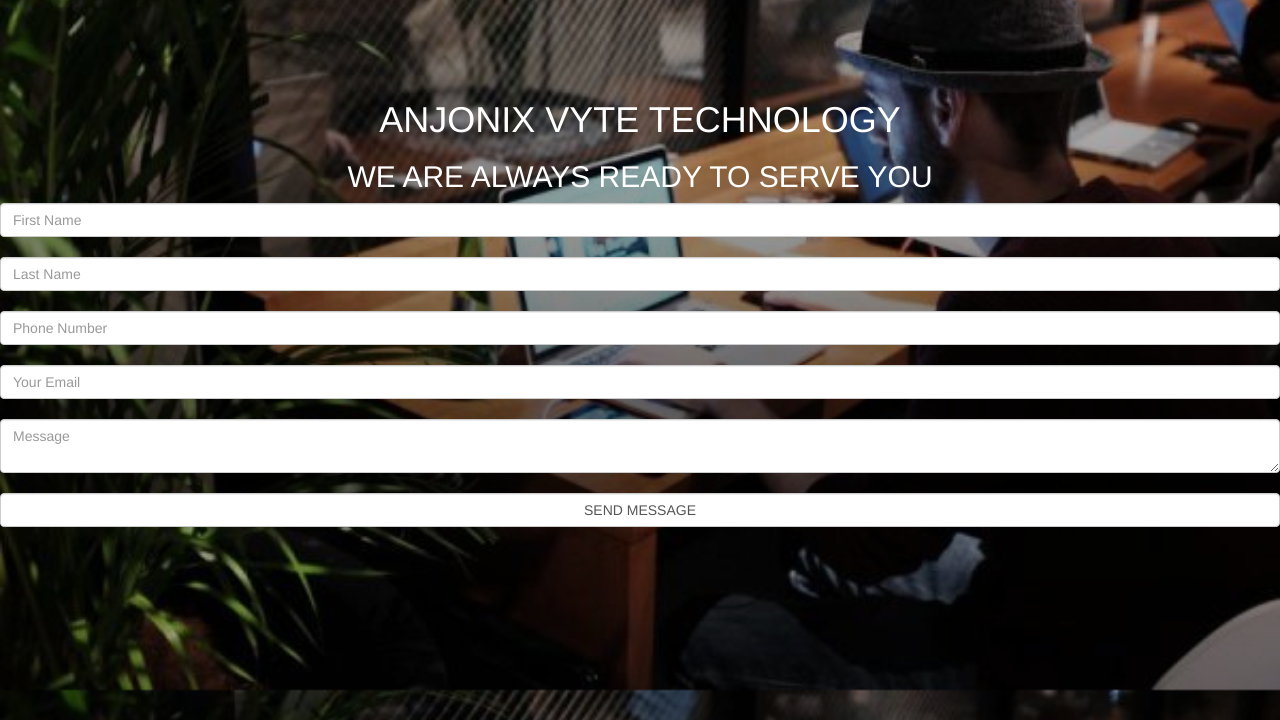
Repository: anjonix/Responsive-Website
Page: contact-form.html
The author's editor kept a copy of each file at every save. The page is drawn from the files as they stood at one save, then again after the next save.
The browser window is 1280 px wide. The pictures show the whole page.

Above is the page before, as saved 2019-07-09 14:53:46.

After the next save:
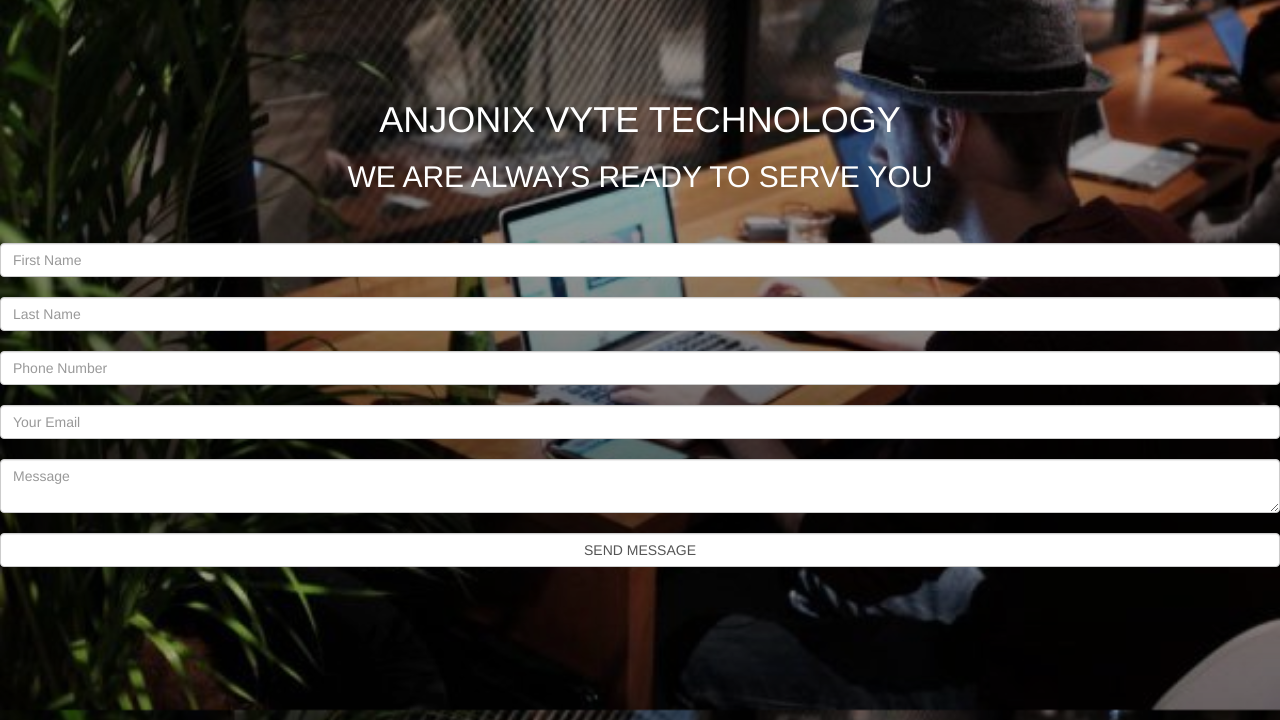
Saved 8 min 15 s later.
--- a/CSS/Contactform style.css
+++ b/CSS/Contactform style.css
@@ -13,7 +13,7 @@
     margin-top: 100px;
     color: #fff;
     text-transform: uppercase;
-    transition: all 0.4s ease-in-out;
+    transition: all 4s ease-in-out;
 }
 .contactform h1
 {
@@ -23,3 +23,15 @@
 .contactform h2{
     font-size: 16px;
 }
+form
+{
+    margin-top: 50px;
+    transition: all 4s ease-in-out;
+}
+.form-control
+{
+    width: 600px;
+    background: transparent;
+    outline: none;
+    border: none;
+}
